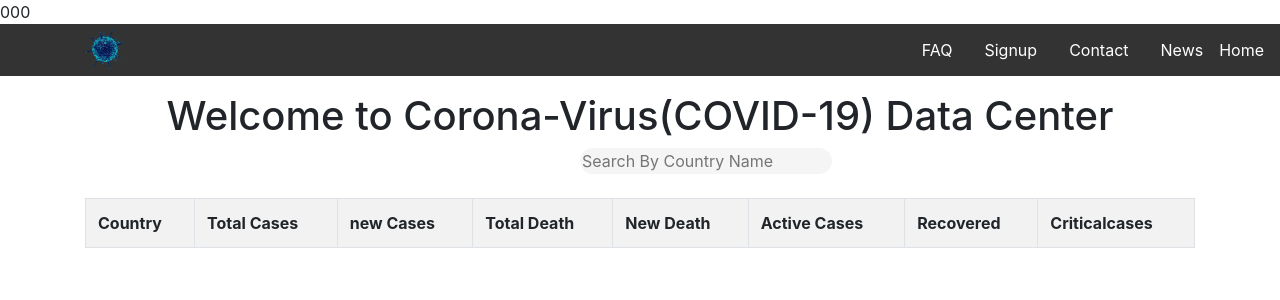
Repository: xthashankar/COVID-19-data-
Page: index.html
These files come from the project's save history. The page is drawn as it stood at one moment and after the next save; the edit follows.
The browser window is 1280 px wide. The pictures show the whole page.
The page's requests for data from a server got no answer.

Above is the page before, as saved 2020-04-15 18:40:01.

### index.html
<!DOCTYPE html>
<html lang="en">
<head>
    <meta charset="UTF-8">
    <meta name="viewport" content="width=device-width, initial-scale=1.0">
    <link rel="stylesheet" href="https://maxcdn.bootstrapcdn.com/bootstrap/4.4.1/css/bootstrap.min.css">
     <script src="https://ajax.googleapis.com/ajax/libs/jquery/3.4.1/jquery.min.js"></script>
     <script src="https://cdnjs.cloudflare.com/ajax/libs/popper.js/1.16.0/umd/popper.min.js"></script>
    <script src="https://maxcdn.bootstrapcdn.com/bootstrap/4.4.1/js/bootstrap.min.js"></script>
    <link rel="stylesheet" href="css/styles.css">
    <title>Document</title>
</head>
<body>000
    <ul>
        <ul>
            <img src="image/coronavirus.png">
            <li><a class="nav" href="#">Home</a></li>
            <li><a href="#">News</a></li>
            <li><a href="#">Contact</a></li>
            <li><a href="#">Signup</a></li>
            <div class="dropdown">
                <button class="dropbtn">FAQ
                </button>
                <div class="dropdown-content">
                  <a href="qa.html">English</a>
                  <a href="nqa.html">Nepali</a>
                </div>

        </ul>
    </ul>

    <h1>Welcome to Corona-Virus(COVID-19) Data Center</h1>
    <input type="text" name="filter" id="search" placeholder="Search By Country Name" onkeyup="search()">
    <div class="container">

        <br>
        <table class="table table-bordered  table-striped">
            <thread>
                <tr>
                    <th>Country</th>
                    <th>Total Cases</th>
                    <th>new Cases</th>
                    <th>Total Death</th>
                    <th>New Death</th>
                    <th>Active Cases</th>
                    <th>Recovered</th>
                    <th>Criticalcases</th>
            </tr>
            </thread>
            <tbody  id="coranavirus">
            </tbody>
        </table>
    </div>
</body>
<script src="javascript/main.js"></script>
</html>

### css/styles.css
/*
body {
	font-family: 'Roboto', sans-serif;
	background-color: #eae7d9;
	margin: 0;
	padding: 0;
} */
ul{
    list-style-type:none;
    overflow: hidden;
    background-color:#333;
}
li{
   float:right;
}
li a{

    display: block;
    color:white;
    text-align: center;
    padding: 14px 16px;
    text-decoration: none;
}
li a:hover{
    background-color: #111;
}
h1{
    text-align: center;
}
#search{

    border-radius: 10px;
    margin:5 auto;
    border-radius: 10px;
    margin-left: 580px;
    border: none;
    border-radius: 15px;
    background-color:whitesmoke;
}
img{
    width:50px;
    height:50px;
}

.navbar {
    overflow: hidden;
    background-color: #333;
  }

  .navbar a {
    float: left;
    font-size: 16px;
    color: white;
    text-align: center;
    padding: 14px 16px;
    text-decoration: none;
  }

  .dropdown {
    float: right;
    overflow: hidden;
  }

  .dropdown .dropbtn {
    font-size: 16px;
    border: none;
    outline: none;
    color: white;
    padding: 14px 16px;
    background-color: inherit;
    font-family: inherit;
    margin: 0;
  }

  .navbar a:hover, .dropdown:hover .dropbtn {
    background-color: red;
  }

  .dropdown-content {
    display: none;
    position: absolute;
    background-color: #f9f9f9;
    min-width: 160px;
    box-shadow: 0px 8px 16px 0px rgba(0,0,0,0.2);
    z-index: 1;
  }

  .dropdown-content a {
    float: none;
    color: black;
    padding: 12px 16px;
    text-decoration: none;
    display: block;
    text-align: left;
  }

  .dropdown-content a:hover {
    background-color: #ddd;
  }

  .dropdown:hover .dropdown-content {
    display: block;
  }

### javascript/main.js
// let who='';
let URL='https://nepalcorona.info/api/v1/data/world'
fetch(URL)
.then(function(response){
   return response.json()
}).then(function(covid){
//    console.log(covid);
       if(covid.length>0)
       {
           var coviddata='';
           covid.forEach(function(data){
            // coviddata +="<tr>";
            if(data.country!="")
            {
            coviddata +="<tr><td>"+data.country+"</td>";
            coviddata +="<td>"+data.totalCases+"</td>";
            coviddata +="<td>"+data.newCases+"</td>";
            coviddata +="<td>"+data.totalDeaths+"</td>";
            coviddata +="<td>"+data.newDeaths+"</td>";
            coviddata +="<td>"+data.activeCases+"</td>";
            coviddata +="<td>"+data.totalRecovered+"</td>";
            coviddata +="<td>"+data.criticalCases+"</td></tr>";
            console.log(coviddata);
            }
            document.getElementById('coranavirus').innerHTML=coviddata;
           })
       }
   })
   //for search
function search(){
    let filter=document.getElementById("search").value.toUpperCase();
    let table=document.getElementById("coranavirus");
    let tr=table.getElementsByTagName("tr");
    for(let i=0;i<tr.length;i++)
    {
     let td=tr[i].getElementsByTagName("td")[0];
        if(td)
        {
         let txtValue=td.textContent||td.innerText;
         if(txtValue.toUpperCase().indexOf(filter)>-1)
            {
            tr[i].style.display="";
            }else
            {
            tr[i].style.display="none";
            }
        }
    }
}

After the next save:
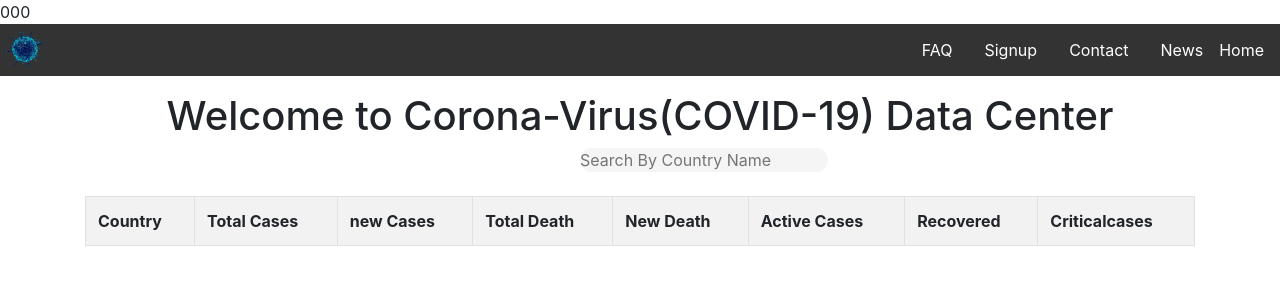
Saved 17 s later.
--- a/css/styles.css
+++ b/css/styles.css
@@ -5,6 +5,9 @@ body {
 	margin: 0;
 	padding: 0;
 } */
+*{
+  padding: 0;
+}
 ul{
     list-style-type:none;
     overflow: hidden;
